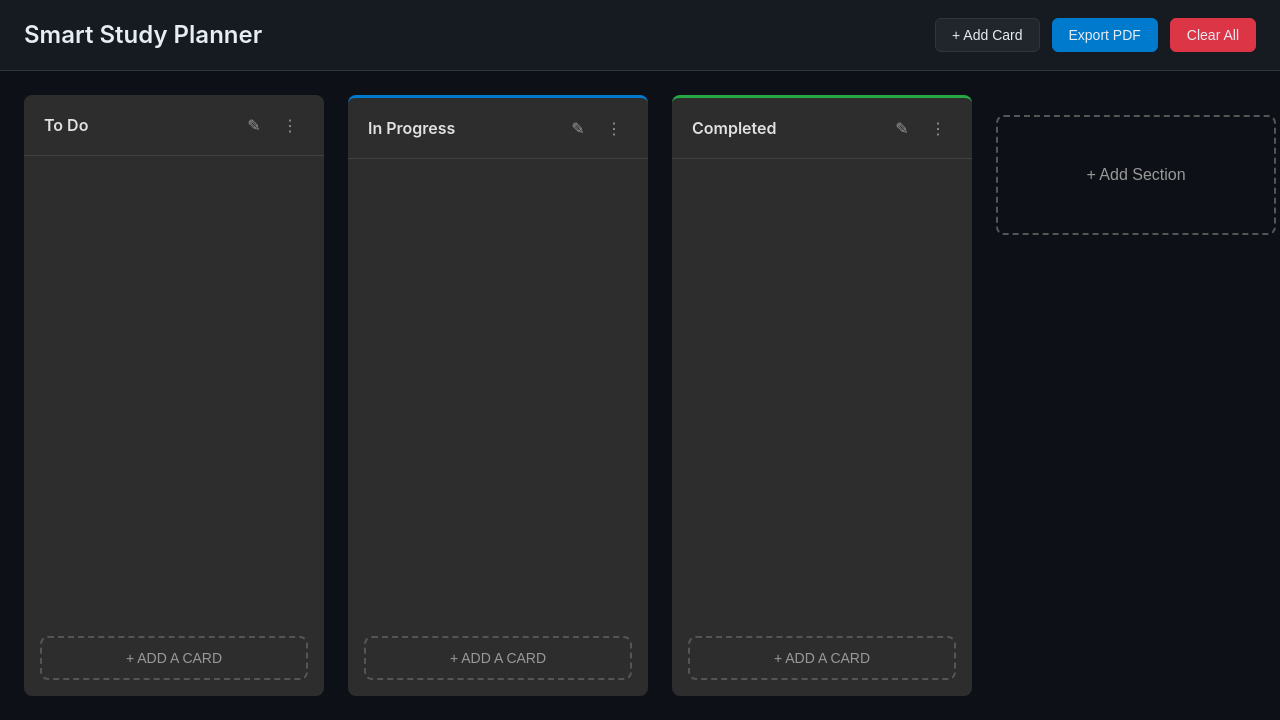
Repository: P7XCKD/edunetwebdev
Page: index.html
These files come from the project's save history. The page is drawn as it stood at one moment and after the next save; the edit follows.
The browser window is 1280 px wide. The pictures show the whole page.

Above is the page before, as saved 2025-09-19 20:07:49.

### index.html
<!DOCTYPE html>
<html lang="en">
<head>
    <meta charset="UTF-8">
    <meta name="viewport" content="width=device-width, initial-scale=1.0">
    <title>Smart Study Planner</title>
    <link rel="stylesheet" href="style.css">
</head>
<body>
    <div class="app-container">
        <header class="app-header">
            <h1>Smart Study Planner</h1>
            <div class="header-actions">
                <button id="addCardBtn" class="add-card-btn">+ Add Card</button>
                <button id="exportPdfBtn" class="export-pdf-btn">Export PDF</button>
                <button id="clearAllBtn" class="clear-all-btn">Clear All</button>
            </div>
        </header>

        <main class="kanban-board" id="kanbanBoard">
            <!-- Columns will be dynamically generated -->
            <div class="add-column-section">
                <button class="add-column-btn" id="addColumnBtn">+ Add Section</button>
            </div>
        </main>
    </div>

    <!-- Column Edit Modal -->
    <div id="columnModal" class="modal">
        <div class="modal-content">
            <div class="modal-header">
                <h2 id="columnModalTitle">Add New Section</h2>
                <button class="close-btn" id="closeColumnModal">&times;</button>
            </div>
            <div class="modal-body">
                <form id="columnForm">
                    <div class="form-group">
                        <label for="columnName">Section Name *</label>
                        <input type="text" id="columnName" placeholder="e.g., To Do, In Progress, Review" required>
                    </div>

                    <div class="form-group">
                        <label for="columnColor">Section Color</label>
                        <select id="columnColor">
                            <option value="default">Default (Gray)</option>
                            <option value="blue">Blue</option>
                            <option value="green">Green</option>
                            <option value="orange">Orange</option>
                            <option value="purple">Purple</option>
                            <option value="red">Red</option>
                            <option value="teal">Teal</option>
                            <option value="pink">Pink</option>
                        </select>
                    </div>
                </form>
            </div>
            <div class="modal-footer">
                <button type="button" id="deleteColumn" class="delete-btn">DELETE SECTION</button>
                <div class="modal-actions">
                    <button type="button" id="cancelColumn" class="cancel-btn">CANCEL</button>
                    <button type="button" id="saveColumn" class="save-btn">SAVE</button>
                </div>
            </div>
        </div>
    </div>

    <!-- Card Modal -->
    <div id="cardModal" class="modal">
        <div class="modal-content">
            <div class="modal-header">
                <h2 id="modalTitle">Card Details</h2>
                <button class="close-btn" id="closeModal">&times;</button>
            </div>
            <div class="modal-body">
                <form id="cardForm">
                    <div class="form-group">
                        <label for="cardTitle">Title *</label>
                        <input type="text" id="cardTitle" required>
                    </div>

                    <div class="form-row">
                        <div class="form-group">
                            <label for="cardDueDate">Due date</label>
                            <input type="date" id="cardDueDate">
                        </div>
                        <div class="form-group">
                            <label for="cardPriority">Priority</label>
                            <select id="cardPriority">
                                <option value="low">Low</option>
                                <option value="medium" selected>Medium</option>
                                <option value="high">High</option>
                            </select>
                        </div>
                    </div>

                    <div class="form-group">
                        <label for="cardSubject">Subject</label>
                        <input type="text" id="cardSubject" placeholder="e.g., Mathematics, Physics">
                    </div>

                    <div class="form-group">
                        <label for="cardDescription">Description</label>
                        <textarea id="cardDescription" rows="4" placeholder="Add your study notes here..."></textarea>
                    </div>
                </form>
            </div>
            <div class="modal-footer">
                <button type="button" id="deleteCard" class="delete-btn">DELETE</button>
                <div class="modal-actions">
                    <button type="button" id="cancelCard" class="cancel-btn">CANCEL</button>
                    <button type="button" id="saveCard" class="save-btn">SAVE</button>
                </div>
            </div>
        </div>
    </div>

    <!-- Stats Modal -->
    <div id="statsModal" class="modal">
        <div class="modal-content">
            <div class="modal-header">
                <h2>Progress Statistics</h2>
                <button class="close-btn" id="closeStatsModal">&times;</button>
            </div>
            <div class="modal-body">
                <div class="stats-grid">
                    <div class="stat-card">
                        <div class="stat-number" id="totalCards">0</div>
                        <div class="stat-label">Total Cards</div>
                    </div>
                    <div class="stat-card">
                        <div class="stat-number" id="todoCards">0</div>
                        <div class="stat-label">To Do</div>
                    </div>
                    <div class="stat-card">
                        <div class="stat-number" id="inProgressCards">0</div>
                        <div class="stat-label">In Progress</div>
                    </div>
                    <div class="stat-card">
                        <div class="stat-number" id="completedCards">0</div>
                        <div class="stat-label">Completed</div>
                    </div>
                    <div class="stat-card">
                        <div class="stat-number" id="overdueCards">0</div>
                        <div class="stat-label">Overdue</div>
                    </div>
                </div>
            </div>
        </div>
    </div>

    <script src="script-new.js?v=2024091902"></script>
</body>
</html>

### style.css
/* Dark theme CSS inspired by NotesHub */
* {
    margin: 0;
    padding: 0;
    box-sizing: border-box;
}

body {
    font-family: -apple-system, BlinkMacSystemFont, 'Segoe UI', Roboto, sans-serif;
    background-color: #0d1117; /* Exact dark background from image */
    color: #e6edf3;
    line-height: 1.6;
}

.app-container {
    min-height: 100vh;
    display: flex;
    flex-direction: column;
}

/* Header */
.app-header {
    background-color: #161b22; /* Header background matching image */
    padding: 16px 24px;
    border-bottom: 1px solid #30363d;
    display: flex;
    justify-content: space-between;
    align-items: center;
}

.app-header h1 {
    color: #e6edf3;
    font-size: 24px;
    font-weight: 600;
}

.header-actions {
    display: flex;
    gap: 12px;
}

.add-card-btn, .stats-btn, .export-pdf-btn, .clear-all-btn {
    background-color: #21262d; /* Button background matching image */
    color: #e6edf3;
    border: 1px solid #30363d;
    padding: 8px 16px;
    border-radius: 6px;
    cursor: pointer;
    font-size: 14px;
    transition: background-color 0.2s;
}

.add-card-btn:hover, .stats-btn:hover, .export-pdf-btn:hover, .clear-all-btn:hover {
    background-color: #30363d;
}

.export-pdf-btn {
    background-color: #007acc;
    border-color: #007acc;
}

.export-pdf-btn:hover {
    background-color: #0066a3;
}

.clear-all-btn {
    background-color: #dc3545;
    border-color: #dc3545;
}

.clear-all-btn:hover {
    background-color: #c82333;
}

/* Kanban Board */
.kanban-board {
    flex: 1;
    display: flex;
    gap: 24px;
    padding: 24px;
    overflow-x: auto;
    min-height: calc(100vh - 80px);
}

.board-column {
    min-width: 300px;
    background-color: #2d2d2d;
    border-radius: 8px;
    display: flex;
    flex-direction: column;
}

/* Column Colors */
.board-column.color-blue { border-top: 3px solid #007acc; }
.board-column.color-green { border-top: 3px solid #28a745; }
.board-column.color-orange { border-top: 3px solid #ffa726; }
.board-column.color-purple { border-top: 3px solid #8e24aa; }
.board-column.color-red { border-top: 3px solid #dc3545; }
.board-column.color-teal { border-top: 3px solid #20c997; }
.board-column.color-pink { border-top: 3px solid #e91e63; }

.column-header {
    padding: 16px 20px;
    border-bottom: 1px solid #404040;
    display: flex;
    justify-content: space-between;
    align-items: center;
}

.column-header h3 {
    color: #e1e1e1;
    font-size: 16px;
    font-weight: 600;
    margin: 0;
    flex: 1;
}

.column-header-actions {
    display: flex;
    gap: 8px;
}

.column-menu-btn, .column-edit-btn {
    background: none;
    border: none;
    color: #999;
    cursor: pointer;
    font-size: 16px;
    padding: 4px;
    border-radius: 4px;
    width: 28px;
    height: 28px;
    display: flex;
    align-items: center;
    justify-content: center;
}

.column-menu-btn:hover, .column-edit-btn:hover {
    background-color: #404040;
    color: #e1e1e1;
}

.column-content {
    flex: 1;
    padding: 16px;
    display: flex;
    flex-direction: column;
    gap: 12px;
}

/* Add Column Section */
.add-column-section {
    min-width: 280px;
    display: flex;
    align-items: flex-start;
    padding-top: 20px;
}

.add-column-btn {
    background: none;
    border: 2px dashed #555;
    color: #999;
    padding: 20px;
    border-radius: 8px;
    cursor: pointer;
    font-size: 16px;
    font-weight: 500;
    width: 100%;
    min-height: 120px;
    transition: all 0.2s;
    display: flex;
    align-items: center;
    justify-content: center;
}

.add-column-btn:hover {
    border-color: #777;
    color: #e1e1e1;
    background-color: #2d2d2d;
}

/* Column Context Menu */
.column-context-menu {
    position: absolute;
    background: #3d3d3d;
    border: 1px solid #555;
    border-radius: 6px;
    padding: 8px 0;
    z-index: 1001;
    min-width: 180px;
    box-shadow: 0 4px 12px rgba(0,0,0,0.3);
}

.column-context-menu-item {
    padding: 10px 16px;
    color: #e1e1e1;
    cursor: pointer;
    font-size: 14px;
    display: flex;
    align-items: center;
    gap: 8px;
}

.column-context-menu-item:hover {
    background-color: #4d4d4d;
}

.column-context-menu-item.danger {
    color: #ff6b6b;
}

.column-context-menu-item.danger:hover {
    background-color: #ff6b6b20;
}

/* Study Cards */
.study-card {
    background-color: #3d3d3d;
    border: 1px solid #555;
    border-radius: 8px;
    cursor: pointer;
    transition: all 0.2s;
    user-select: none;
    overflow: hidden; /* Ensures clean borders with header */
}

.study-card:hover {
    border-color: #666;
    transform: translateY(-2px);
    box-shadow: 0 4px 12px rgba(0,0,0,0.3);
}

.study-card[draggable="true"] {
    cursor: grab;
}

.study-card[draggable="true"]:active {
    cursor: grabbing;
}

.study-card.dragging {
    opacity: 0.5;
    transform: rotate(5deg);
}

/* Drag and Drop States */
.board-column.drag-over {
    background-color: #4a4a4a;
    border: 2px dashed #007acc;
}

.board-column.drag-over .column-content {
    background-color: rgba(0, 122, 204, 0.1);
    border-radius: 6px;
}

.card-header {
    background-color: #555; /* Grey header background like in the image */
    padding: 12px 15px 8px 15px;
    border-bottom: 1px solid #666;
    display: flex;
    justify-content: space-between;
    align-items: flex-start;
    gap: 8px;
}

.card-title-section {
    display: flex;
    align-items: center;
    gap: 8px;
    flex: 1;
}

.card-title {
    font-size: 16px;
    font-weight: 600;
    color: #f0f0f0; /* Lighter text on grey background */
    margin: 0;
}

.card-task-id {
    font-size: 11px;
    font-weight: 600;
    color: #007acc;
    background: rgba(0, 122, 204, 0.2);
    padding: 2px 6px;
    border-radius: 4px;
    white-space: nowrap;
    text-transform: uppercase;
}

.card-meta {
    background-color: #3d3d3d; /* Dark body background */
    padding: 12px 15px;
    display: flex;
    align-items: center;
    gap: 8px;
    flex-wrap: wrap;
}

.card-subject {
    background-color: #555;
    color: #e1e1e1;
    padding: 2px 8px;
    border-radius: 12px;
    font-size: 12px;
    font-weight: 500;
}

.card-due-date {
    display: flex;
    align-items: center;
    gap: 4px;
    color: #999;
    font-size: 12px;
}

.card-due-date.overdue {
    color: #ff6b6b;
    background-color: #ff6b6b20;
    padding: 2px 6px;
    border-radius: 4px;
}

.card-due-date.tomorrow {
    color: #ffa500;
    background-color: #ffa50020;
    padding: 2px 6px;
    border-radius: 4px;
}

.priority-tag {
    font-size: 10px;
    padding: 2px 6px;
    border-radius: 8px;
    font-weight: 600;
    text-transform: uppercase;
}

.priority-high {
    background-color: #ff4757;
    color: white;
}

.priority-medium {
    background-color: #ffa726;
    color: white;
}

.priority-low {
    background-color: #66bb6a;
    color: white;
}

.card-description {
    background-color: #3d3d3d; /* Dark body background */
    padding: 0 15px 12px 15px;
    color: #bbb;
    font-size: 14px;
    line-height: 1.4;
}

.study-card.completed {
    opacity: 0.8;
    border-left: 4px solid #28a745;
}

.study-card.completed .card-header {
    background-color: #4a4a4a; /* Slightly darker grey for completed cards */
}

.study-card.completed .card-meta,
.study-card.completed .card-description {
    background-color: #2a3d2a; /* Dark green tint for completed card body */
}

.study-card.completed .card-title {
    text-decoration: line-through;
    opacity: 0.7;
}

.card-due-date.completed {
    color: #28a745;
    background-color: #28a74520;
    padding: 2px 6px;
    border-radius: 4px;
}

/* Due Date Section with Completion Button - REMOVED, button now in header */

.completion-toggle-btn {
    background: none;
    border: 1px solid #777;
    border-radius: 50%;
    width: 20px;
    height: 20px;
    display: flex;
    align-items: center;
    justify-content: center;
    cursor: pointer;
    font-size: 10px;
    transition: all 0.2s ease;
    color: #ccc;
    flex-shrink: 0; /* Prevent button from shrinking */
}

.completion-toggle-btn:hover {
    border-color: #28a745;
    background-color: #28a74530;
    transform: scale(1.1);
}

.completion-toggle-btn.completed {
    border-color: #28a745;
    background-color: #28a745;
    color: white;
}

.completion-toggle-btn.completed:hover {
    background-color: #dc3545;
    border-color: #dc3545;
}

/* Add Card Button */
.add-card-column-btn {
    background: none;
    border: 2px dashed #555;
    color: #999;
    padding: 12px;
    border-radius: 8px;
    cursor: pointer;
    font-size: 14px;
    transition: all 0.2s;
    margin-top: auto;
}

.add-card-column-btn:hover {
    border-color: #777;
    color: #e1e1e1;
    background-color: #3d3d3d;
}

/* Modal Styles */
.modal {
    display: none;
    position: fixed;
    top: 0;
    left: 0;
    width: 100%;
    height: 100%;
    background-color: rgba(0, 0, 0, 0.7);
    z-index: 1000;
}

.modal-content {
    background-color: #2d2d2d;
    margin: 5% auto;
    padding: 0;
    border-radius: 8px;
    width: 90%;
    max-width: 600px;
    max-height: 90vh;
    overflow-y: auto;
}

.modal-header {
    padding: 20px 24px;
    border-bottom: 1px solid #404040;
    display: flex;
    justify-content: space-between;
    align-items: center;
}

.modal-header h2 {
    color: #e1e1e1;
    font-size: 20px;
    font-weight: 600;
}

.close-btn {
    background: none;
    border: none;
    color: #999;
    font-size: 24px;
    cursor: pointer;
    padding: 0;
    width: 32px;
    height: 32px;
    display: flex;
    align-items: center;
    justify-content: center;
    border-radius: 4px;
}

.close-btn:hover {
    background-color: #404040;
    color: #e1e1e1;
}

.modal-body {
    padding: 24px;
}

.form-group {
    margin-bottom: 20px;
}

.form-group label {
    display: block;
    margin-bottom: 8px;
    color: #e1e1e1;
    font-size: 14px;
    font-weight: 500;
}

.form-group input,
.form-group select,
.form-group textarea {
    width: 100%;
    padding: 12px;
    background-color: #3d3d3d;
    border: 1px solid #555;
    border-radius: 6px;
    color: #e1e1e1;
    font-size: 14px;
}

.form-group input:focus,
.form-group select:focus,
.form-group textarea:focus {
    outline: none;
    border-color: #007acc;
}

.form-group textarea {
    resize: vertical;
    min-height: 100px;
}

.form-row {
    display: grid;
    grid-template-columns: 1fr 1fr;
    gap: 16px;
}

.modal-footer {
    padding: 20px 24px;
    border-top: 1px solid #404040;
    display: flex;
    justify-content: space-between;
    align-items: center;
}

.modal-actions {
    display: flex;
    gap: 12px;
}

.delete-btn {
    background-color: #dc3545;
    color: white;
    border: none;
    padding: 10px 20px;
    border-radius: 6px;
    cursor: pointer;
    font-size: 14px;
    font-weight: 500;
    text-transform: uppercase;
}

.delete-btn:hover {
    background-color: #c82333;
}

.cancel-btn {
    background: none;
    border: 1px solid #555;
    color: #999;
    padding: 10px 20px;
    border-radius: 6px;
    cursor: pointer;
    font-size: 14px;
    font-weight: 500;
    text-transform: uppercase;
}

.cancel-btn:hover {
    background-color: #3d3d3d;
    color: #e1e1e1;
}

.save-btn {
    background-color: #28a745;
    color: white;
    border: none;
    padding: 10px 20px;
    border-radius: 6px;
    cursor: pointer;
    font-size: 14px;
    font-weight: 500;
    text-transform: uppercase;
}

.save-btn:hover {
    background-color: #218838;
}

/* Stats Modal */
.stats-grid {
    display: grid;
    grid-template-columns: repeat(auto-fit, minmax(150px, 1fr));
    gap: 20px;
}

.stat-card {
    background-color: #3d3d3d;
    border: 1px solid #555;
    border-radius: 8px;
    padding: 20px;
    text-align: center;
}

.stat-number {
    display: block;
    font-size: 32px;
    font-weight: 700;
    color: #007acc;
    margin-bottom: 8px;
}

.stat-label {
    color: #bbb;
    font-size: 14px;
    font-weight: 500;
}

/* Empty State */
.empty-column {
    text-align: center;
    padding: 40px 20px;
    color: #666;
}

/* Responsive Design */
@media (max-width: 768px) {
    .kanban-board {
        flex-direction: column;
        gap: 16px;
    }

    .board-column {
        min-width: unset;
    }

    .app-header {
        padding: 12px 16px;
        flex-direction: column;
        gap: 12px;
    }

    .header-actions {
        width: 100%;
        justify-content: center;
    }

    .form-row {
        grid-template-columns: 1fr;
    }

    .modal-content {
        width: 95%;
        margin: 2% auto;
    }

    .modal-footer {
        flex-direction: column;
        gap: 12px;
        align-items: stretch;
    }

    .modal-actions {
        justify-content: center;
    }
}

Loaded but not shown: script-new.js (1408 lines, source omitted)

After the next save:
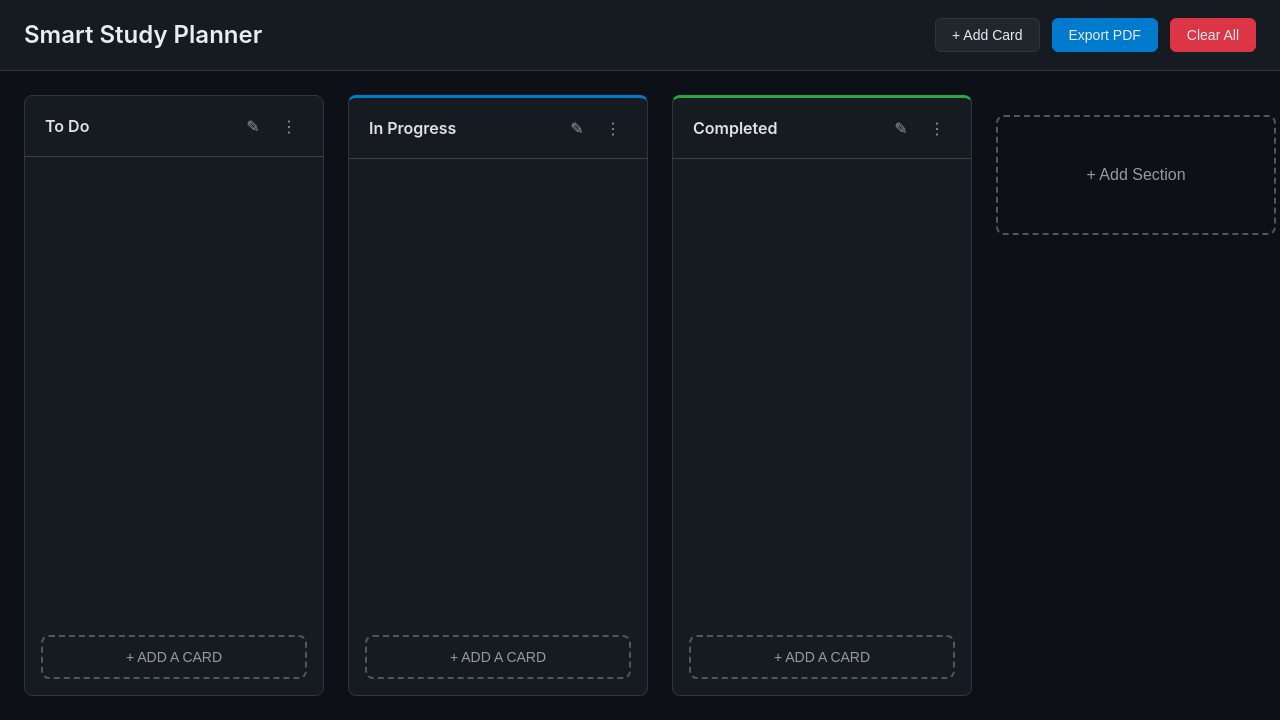
Saved 23 s later.
--- a/style.css
+++ b/style.css
@@ -84,7 +84,8 @@ body {
 
 .board-column {
     min-width: 300px;
-    background-color: #2d2d2d;
+    background-color: #161b22; /* Column background matching image */
+    border: 1px solid #30363d;
     border-radius: 8px;
     display: flex;
     flex-direction: column;
